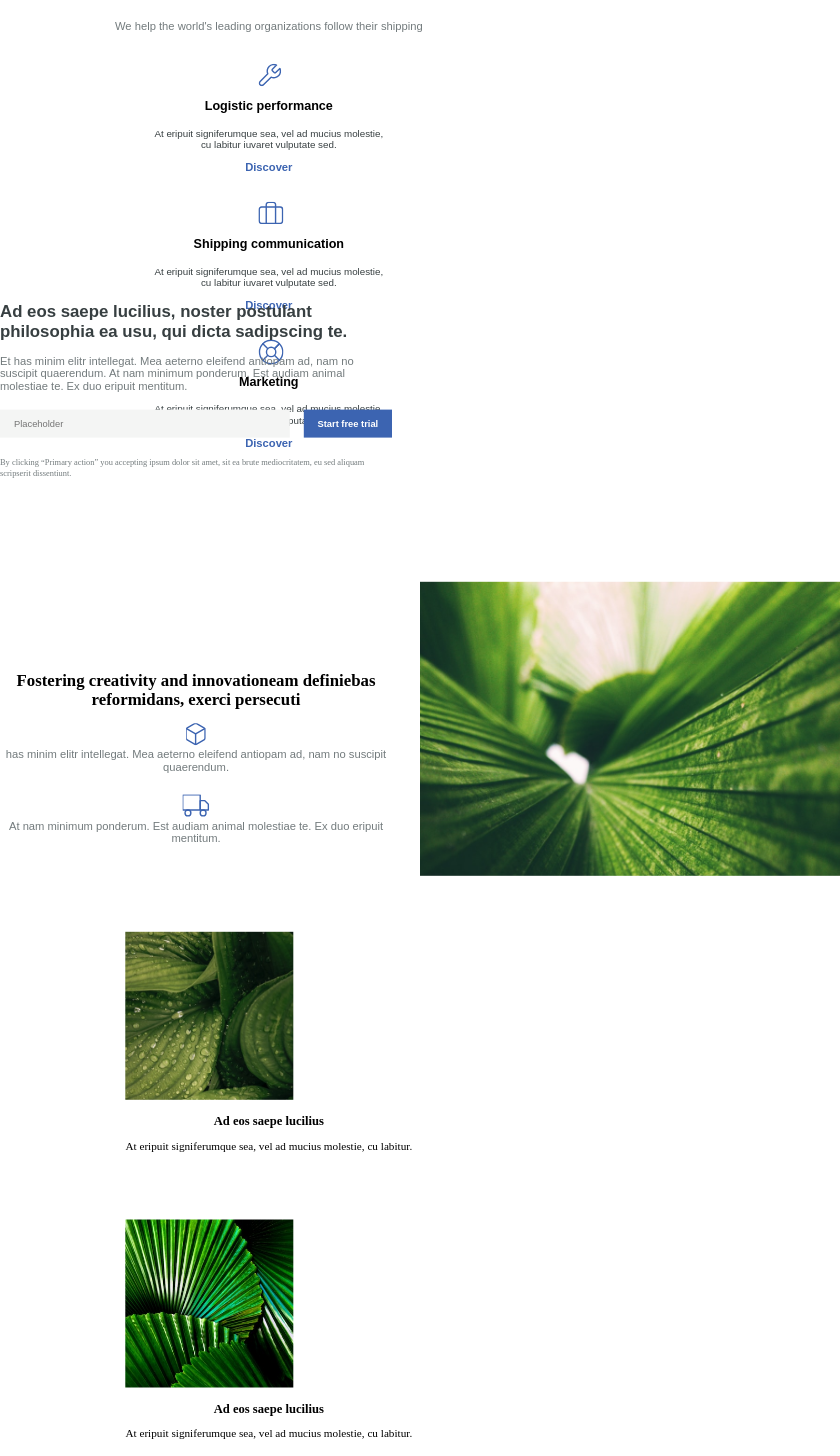
Repository: Mygit2001/LeTuSy_Test_Ecommage
Page: index.html
The author's editor kept a copy of each file at every save. The page is drawn from the files as they stood at one save, then again after a run of saves.
The browser window is 768 px wide. The page is 1200 px wide, so the pictures cover 1200 px, including what lies to the right of the window. The pictures show the part of the page from y = 853 to 2933 px (the page is 3748 px tall), at 70% of full size.
Some web fonts or font styles are not loaded; a fallback is used. Some web libraries are served in a nearby version.

Above is the page before, as saved 2023-02-15 23:55:05.

### index.html
<!DOCTYPE html>
<html lang="en">
  <head>
    <meta charset="UTF-8" />
    <meta http-equiv="X-UA-Compatible" content="IE=edge" />
    <meta name="viewport" content="width=device-width, initial-scale=1.0" />
    <link rel="stylesheet" href="./assets/css/base.css" />
    <link rel="stylesheet" href="./assets/css/index.css" />
    <link rel="stylesheet" href="./assets/js/index.js" />
    <link rel="stylesheet" href="./assets/css/responsive.css" />
    <link rel="preconnect" href="https://fonts.googleapis.com" />
    <link rel="preconnect" href="https://fonts.gstatic.com" crossorigin />
    <link href="https://fonts.google.com/specimen/Mulish" rel="stylesheet" />
    <link
      rel="stylesheet"
      href="https://cdnjs.cloudflare.com/ajax/libs/font-awesome/6.3.0/css/all.min.css"
      integrity="sha512-SzlrxWUlpfuzQ+pcUCosxcglQRNAq/DZjVsC0lE40xsADsfeQoEypE+enwcOiGjk/bSuGGKHEyjSoQ1zVisanQ=="
      crossorigin="anonymous"
      referrerpolicy="no-referrer"
    />
    <title>Ecommage test - Lê Tử Sỹ</title>
  </head>
  <body>
    <header>
      <nav class="navbar_header">
        <div class="logo navbar_header-item">
          <svg
            width="67"
            height="40"
            viewBox="0 0 67 40"
            fill="none"
            xmlns="http://www.w3.org/2000/svg"
          >
            <path
              d="M42.5147 30.5614C63.5719 30.5614 65.2682 12.6468 65.4038 4.13342C65.4051 3.90184 65.3598 3.67236 65.2708 3.45856C65.1818 3.24477 65.0508 3.051 64.8856 2.88873C64.7204 2.72646 64.5243 2.59898 64.3089 2.51384C64.0935 2.4287 63.8633 2.38762 63.6317 2.39305C33.7072 2.94264 33.7072 17.4504 33.7072 30.5614V37.6074"
              stroke="#3C64B1"
              stroke-width="3"
              stroke-linecap="round"
              stroke-linejoin="round"
            />
            <path
              d="M33.7072 30.5614C33.7072 30.5614 33.7072 19.9923 47.7992 18.2308"
              stroke="#3C64B1"
              stroke-width="3"
              stroke-linecap="round"
              stroke-linejoin="round"
            />
            <path
              d="M24.8891 30.5614C3.832 30.5614 2.13566 12.6468 2.00003 4.13342C1.99878 3.90184 2.04401 3.67236 2.13302 3.45856C2.22204 3.24477 2.35304 3.051 2.51827 2.88873C2.68349 2.72646 2.87959 2.59898 3.09496 2.51384C3.31033 2.4287 3.54058 2.38762 3.7721 2.39305C33.6967 2.94264 33.6967 17.4504 33.6967 30.5614V37.6074"
              stroke="#3C64B1"
              stroke-width="3"
              stroke-linecap="round"
              stroke-linejoin="round"
            />
            <path
              d="M33.6967 30.5614C33.6967 30.5614 33.6967 19.9923 19.6046 18.2308"
              stroke="#3C64B1"
              stroke-width="3"
              stroke-linecap="round"
              stroke-linejoin="round"
            />
          </svg>
        </div>
        <div class="navbar_header-item menu fw-600">
          <span>Features</span>
          <span>Pricing</span>
          <span>Contact</span>
        </div>
        <div class="bar-icon" ><i class="fa-solid fa-bars"></i></div >
        <div class="navbar_header-item navitem-right">
          <label class="fw-600">Log In</label>
          <button class="default-butn" style="width: 107px">Start now</button>
        </div>
      </nav>
    </header>
    <main class="container">
      <div class="main_intro">
        <div class="main_intro-content">
          <div class="main_intro-content-text">
            <span class="fw-700">Simplify your online shipping for </span>
            <span class="fw-700">free this month !</span>
            <p>
              Et has minim elitr intellegat. Mea aeterno eleifend antiopam
              ad,nam no suscipit quaerendum. At nam minimum ponderum. Est audiam
              animal molestiae te.
            </p>
          </div>
          <div class="main_intro-content-button">
            <button class="default-butn">Start free trial</button>
            <button class="default-butn2" style="">Learn more</button>
          </div>
        </div>
        <div class="main_intro-img"></div>
      </div>
      <div class="main_content">
        <div class="main_content-head">
          <div class="main_content-text">
            <h2>Grow your business with better Shipping</h2>
            <span
              >We help the world's leading organizations follow their
              shipping</span
            >
          </div>
          <div class="main_content-services">
            <div class="main_content-services-item">
              <div class="content_services-item-top">
                <div class="s-30">
                  <svg
                    width="33"
                    height="32"
                    viewBox="0 0 33 32"
                    fill="none"
                    xmlns="http://www.w3.org/2000/svg"
                  >
                    <path
                      d="M20.1376 7.79345C19.8484 8.08852 19.6864 8.48524 19.6864 8.89843C19.6864 9.31161 19.8484 9.70833 20.1376 10.0034L22.6633 12.5291C22.9584 12.8183 23.3551 12.9803 23.7683 12.9803C24.1814 12.9803 24.5782 12.8183 24.8732 12.5291L30.8243 6.57798C31.6181 8.33203 31.8584 10.2863 31.5133 12.1804C31.1682 14.0745 30.254 15.8185 28.8926 17.1799C27.5312 18.5412 25.7873 19.4554 23.8932 19.8005C21.9991 20.1456 20.0448 19.9053 18.2907 19.1115L7.38307 30.0192C6.75509 30.6472 5.90336 31 5.01527 31C4.12717 31 3.27544 30.6472 2.64746 30.0192C2.01948 29.3912 1.66669 28.5395 1.66669 27.6514C1.66669 26.7633 2.01948 25.9116 2.64746 25.2836L13.5551 14.3759C12.7614 12.6219 12.5211 10.6676 12.8662 8.77349C13.2113 6.87939 14.1254 5.13544 15.4868 3.77406C16.8482 2.41268 18.5922 1.49852 20.4863 1.15341C22.3804 0.808299 24.3347 1.04863 26.0887 1.84237L20.1534 7.77767L20.1376 7.79345Z"
                      stroke="#3C64B1"
                      stroke-width="2"
                      stroke-linecap="round"
                      stroke-linejoin="round"
                    />
                  </svg>
                </div>
                <div class="services-item-top-title fw-700">
                  Logistic performance
                </div>
                <span class="services-item-top-des"
                  >At eripuit signiferumque sea, vel ad mucius molestie, cu
                  labitur iuvaret vulputate sed.</span
                >
              </div>
              <div class="content_services-item-bot">
                <label class="services-item-bot-text fw-700">Discover</label>
              </div>
            </div>
            <div class="main_content-services-item">
              <div class="content_services-item-top">
                <div class="s-30">
                  <svg
                    width="36"
                    height="32"
                    viewBox="0 0 36 32"
                    fill="none"
                    xmlns="http://www.w3.org/2000/svg"
                  >
                    <path
                      d="M31.3334 7.66669H4.66671C2.82576 7.66669 1.33337 9.15907 1.33337 11V27.6667C1.33337 29.5076 2.82576 31 4.66671 31H31.3334C33.1743 31 34.6667 29.5076 34.6667 27.6667V11C34.6667 9.15907 33.1743 7.66669 31.3334 7.66669Z"
                      stroke="#3C64B1"
                      stroke-width="2"
                      stroke-linecap="round"
                      stroke-linejoin="round"
                    />
                    <path
                      d="M24.6667 31V4.33333C24.6667 3.44928 24.3155 2.60143 23.6904 1.97631C23.0653 1.35119 22.2174 1 21.3334 1H14.6667C13.7827 1 12.9348 1.35119 12.3097 1.97631C11.6846 2.60143 11.3334 3.44928 11.3334 4.33333V31"
                      stroke="#3C64B1"
                      stroke-width="2"
                      stroke-linecap="round"
                      stroke-linejoin="round"
                    />
                  </svg>
                </div>
                <div class="services-item-top-title fw-700">
                  Shipping communication
                </div>
                <span class="services-item-top-des"
                  >At eripuit signiferumque sea, vel ad mucius molestie, cu
                  labitur iuvaret vulputate sed.</span
                >
              </div>
              <div class="content_services-item-bot">
                <span class="services-item-bot-text fw-700">Discover</span>
              </div>
            </div>
            <div class="main_content-services-item">
              <div class="content_services-item-top">
                <div class="s-30">
                  <svg
                    width="36"
                    height="36"
                    viewBox="0 0 36 36"
                    fill="none"
                    xmlns="http://www.w3.org/2000/svg"
                  >
                    <path
                      d="M18.3334 34.3333C27.5382 34.3333 35.0001 26.8714 35.0001 17.6667C35.0001 8.46192 27.5382 1 18.3334 1C9.12867 1 1.66675 8.46192 1.66675 17.6667C1.66675 26.8714 9.12867 34.3333 18.3334 34.3333Z"
                      stroke="#3C64B1"
                      stroke-width="2"
                      stroke-linecap="round"
                      stroke-linejoin="round"
                    />
                    <path
                      d="M18.3334 24.3333C22.0153 24.3333 25.0001 21.3486 25.0001 17.6667C25.0001 13.9848 22.0153 11 18.3334 11C14.6515 11 11.6667 13.9848 11.6667 17.6667C11.6667 21.3486 14.6515 24.3333 18.3334 24.3333Z"
                      stroke="#3C64B1"
                      stroke-width="2"
                      stroke-linecap="round"
                      stroke-linejoin="round"
                    />
                    <path
                      d="M6.55005 5.8833L13.6167 12.95"
                      stroke="#3C64B1"
                      stroke-width="2"
                      stroke-linecap="round"
                      stroke-linejoin="round"
                    />
                    <path
                      d="M23.0502 22.3834L30.1168 29.4501"
                      stroke="#3C64B1"
                      stroke-width="2"
                      stroke-linecap="round"
                      stroke-linejoin="round"
                    />
                    <path
                      d="M23.0502 12.95L30.1168 5.8833"
                      stroke="#3C64B1"
                      stroke-width="2"
                      stroke-linecap="round"
                      stroke-linejoin="round"
                    />
                    <path
                      d="M23.0502 12.9499L28.9335 7.06659"
                      stroke="#3C64B1"
                      stroke-width="2"
                      stroke-linecap="round"
                      stroke-linejoin="round"
                    />
                    <path
                      d="M6.55005 29.4501L13.6167 22.3834"
                      stroke="#3C64B1"
                      stroke-width="2"
                      stroke-linecap="round"
                      stroke-linejoin="round"
                    />
                  </svg>
                </div>

                <div class="services-item-top-title fw-700">Marketing</div>
                <span class="services-item-top-des"
                  >At eripuit signiferumque sea, vel ad mucius molestie, cu
                  labitur iuvaret vulputate sed.</span
                >
              </div>
              <div class="content_services-item-bot">
                <span class="services-item-bot-text fw-700">Discover</span>
              </div>
            </div>
          </div>
        </div>
        <div class="main_content-block1 main_content-block">
          <div class="content_block1-img cus-bgImg"></div>
          <div class="content_block1-des">
            <div class="content_block1-text">
              <h2>
                Ad eos saepe lucilius, noster postulant philosophia ea usu, qui
                dicta sadipscing te.
              </h2>
              <p>
                Et has minim elitr intellegat. Mea aeterno eleifend antiopam ad,
                nam no suscipit quaerendum. At nam minimum ponderum. Est audiam
                animal molestiae te. Ex duo eripuit mentitum.
              </p>
            </div>
            <div class="content_block1-func">
              <div class="content_block1-func-bi">
                <input
                  type="text"
                  placeholder="Placeholder"
                  class="input-ctb1"
                />
                <button class="default-butn">Start free trial</button>
              </div>
              <div>
                <p class="block1-lt">
                  By clicking “Primary action” you accepting ipsum dolor sit
                  amet, sit ea brute mediocritatem, eu sed aliquam scripserit
                  dissentiunt.
                </p>
              </div>
            </div>
          </div>
        </div>
        <div class="main_content-block2 main_content-block">
          <div class="content_block2-des">
            <div class="content_block2-text">
              <h2>
                Fostering creativity and innovationeam definiebas reformidans,
                exerci persecuti
              </h2>
            </div>
            <div class="content_block2-wrap-item">
              <div class="content_block2-item">
                <div>
                  <svg
                    width="28"
                    height="32"
                    viewBox="0 0 28 32"
                    fill="none"
                    xmlns="http://www.w3.org/2000/svg"
                  >
                    <path
                      d="M26.8951 21.2487V9.29534C26.8945 8.77129 26.7562 8.2566 26.494 7.8029C26.2317 7.3492 25.8548 6.97244 25.4009 6.71042L14.9417 0.733736C14.4874 0.471454 13.9721 0.333374 13.4475 0.333374C12.923 0.333374 12.4077 0.471454 11.9534 0.733736L1.49417 6.71042C1.04034 6.97244 0.663382 7.3492 0.401127 7.8029C0.138872 8.2566 0.000537516 8.77129 0 9.29534V21.2487C0.000537516 21.7728 0.138872 22.2874 0.401127 22.7411C0.663382 23.1948 1.04034 23.5716 1.49417 23.8336L11.9534 29.8103C12.4077 30.0726 12.923 30.2107 13.4475 30.2107C13.9721 30.2107 14.4874 30.0726 14.9417 29.8103L25.4009 23.8336C25.8548 23.5716 26.2317 23.1948 26.494 22.7411C26.7562 22.2874 26.8945 21.7728 26.8951 21.2487Z"
                      stroke="#3C64B1"
                      stroke-width="2"
                      stroke-linecap="round"
                      stroke-linejoin="round"
                    />
                    <path
                      d="M0.403427 7.74158L13.4475 15.2871L26.4917 7.74158"
                      stroke="#3C64B1"
                      stroke-width="2"
                      stroke-linecap="round"
                      stroke-linejoin="round"
                    />
                    <path
                      d="M13.4475 30.3333V15.2721"
                      stroke="#3C64B1"
                      stroke-width="2"
                      stroke-linecap="round"
                      stroke-linejoin="round"
                    />
                  </svg>
                </div>
                <div class="content_block2-item-text">
                  has minim elitr intellegat. Mea aeterno eleifend antiopam ad,
                  nam no suscipit quaerendum.
                </div>
              </div>
              <div class="content_block2-item">
                <div>
                  <svg
                    width="38"
                    height="32"
                    viewBox="0 0 38 32"
                    fill="none"
                    xmlns="http://www.w3.org/2000/svg"
                  >
                    <path
                      d="M25 0.333374H0V22H25V0.333374Z"
                      stroke="#3C64B1"
                      stroke-width="2"
                      stroke-linecap="round"
                      stroke-linejoin="round"
                    />
                    <path
                      d="M25 8.66663H31.6666L36.6666 13.6666V21.9999H25V8.66663Z"
                      stroke="#3C64B1"
                      stroke-width="2"
                      stroke-linecap="round"
                      stroke-linejoin="round"
                    />
                    <path
                      d="M7.49997 30.3333C9.80116 30.3333 11.6666 28.4678 11.6666 26.1667C11.6666 23.8655 9.80116 22 7.49997 22C5.19879 22 3.33331 23.8655 3.33331 26.1667C3.33331 28.4678 5.19879 30.3333 7.49997 30.3333Z"
                      stroke="#3C64B1"
                      stroke-width="2"
                      stroke-linecap="round"
                      stroke-linejoin="round"
                    />
                    <path
                      d="M29.1666 30.3333C31.4678 30.3333 33.3333 28.4678 33.3333 26.1667C33.3333 23.8655 31.4678 22 29.1666 22C26.8654 22 25 23.8655 25 26.1667C25 28.4678 26.8654 30.3333 29.1666 30.3333Z"
                      stroke="#3C64B1"
                      stroke-width="2"
                      stroke-linecap="round"
                      stroke-linejoin="round"
                    />
                  </svg>
                </div>
                <div class="content_block2-item-text">
                  At nam minimum ponderum. Est audiam animal molestiae te. Ex
                  duo eripuit mentitum.
                </div>
              </div>
            </div>
          </div>
          <div class="content_block2-img cus-bgImg"></div>
        </div>
        <div class="main_content-foot">
          <div class="main_content-foot-item">
            <div class="content-foot-item-img1 wh-img-foot cus-bgImg"></div>
            <div class="content-foot-item-text">
              <span class="fw-700 fs-18">Ad eos saepe lucilius</span>
              <p>
                At eripuit signiferumque sea, vel ad mucius molestie, cu
                labitur.
              </p>
            </div>
          </div>
          <div class="main_content-foot-item">
            <div class="content-foot-item-img2 wh-img-foot cus-bgImg"></div>
            <div class="content-foot-item-text">
              <span class="fw-700 fs-18">Ad eos saepe lucilius</span>
              <p>
                At eripuit signiferumque sea, vel ad mucius molestie, cu
                labitur.
              </p>
            </div>
          </div>
          <div class="main_content-foot-item">
            <div class="content-foot-item-img3 wh-img-foot cus-bgImg"></div>
            <div class="content-foot-item-text">
              <span class="fw-700 fs-18">Ad eos saepe lucilius</span>
              <p>
                At eripuit signiferumque sea, vel ad mucius molestie, cu
                labitur.
              </p>
            </div>
          </div>
          <div class="main_content-foot-item">
            <div class="content-foot-item-img4 wh-img-foot cus-bgImg"></div>
            <div class="content-foot-item-text">
              <span class="fw-700 fs-18">Ad eos saepe lucilius</span>
              <p>
                At eripuit signiferumque sea, vel ad mucius molestie, cu
                labitur.
              </p>
            </div>
          </div>
        </div>
      </div>
    </main>
  </body>
</html>

### assets/css/base.css
body {
  padding: 0;
  margin: 0;
  box-sizing: border-box;
}
header {
}
.default-butn {
  text-align: center;
  padding: 10px 10px;
  width: 135px;
  height: 40px;
  color: #fff;
  font-family: "Mulish", sans-serif;
  outline: none;
  border: none;
  font-weight: 700;
  background-color: #3c64b1;
}
.default-butn2 {
  text-align: center;
  padding: 10px 20px;
  width: 116px;
  height: 40px;
  border: 1px solid #3c64b1;
  color: #3C64B1;
  font-weight: 600;
  font-family: "Mulish", sans-serif;
}
.s-30 {
    width: 30px;
    height: 30px;
}
.cus-bgImg {
  flex: none;
  flex-grow: 0;
  background-size: cover;
  background-repeat: no-repeat;
}
.fw-600 {
  font-weight: 600;
}
.fw-700 {
  font-weight: 700;
}
.fs-18 {
  font-size: 18px;
}

### assets/css/responsive.css
/* PC */
@media(min-width:64em){
    .bar-icon {
        display: none;
    }

}


/* mobile */
@media(max-width:46.1875em) {
    .row {
        display: block;
    }
    .col-sm-12 {
        width: 100%;
    }
    .col-sm-6 {
        width: 50%;
    }

}

/* Tablet */
@media(min-width:46.25em) and (max-width:63.9375em){


}

 /* mobile and tablet */
@media(max-width:63.9375em) {
    .menu,.navitem-right {
        display:none;
    }
    .navbar_header {
        position: relative;
    }
    .bar-icon {
        position: absolute;
        display: block ;
        font-size: 30px;
        right: 20px;
    }
    .logo {
        margin-left: 16px;
    }
    .navbar_header {
        width: 100%;
    }
    .container, .main_intro {
        width: 100%;
    }
    .main_intro-content-text  {
        width: 50%;
        height: auto;
        padding: 0 8px;
    }
    .main_intro-content-text span{
        font-size: 20px;
    }
    .main_intro-content-text p{
        font-size: 14px;
    }
    .main_content, .main_content-head {
        width: 100%;
    }
    .main_content-text {
        width: 100%;
    }
    .main_content-text h2{
        font-size: 20px;
    }
    .main_content-text span{
        font-size: 16px !important;
        text-align: center;
    }
    .content_block1-img {
        display: none !important;
    }
    .main_content-services {
        display: flex;
        flex-direction: column;
        width: 100%;
        align-items: center;
    }
    .main_content-services-item {
        text-align: center;
    }
    .main_content-block {
    }
    .content_block2-wrap-item  {
        flex-direction: column;
        align-items: center;
    }
    .content_block2-item {
        text-align: center;

    }
    .main_content-block {
    }
    .content_block2-des {
        text-align: center;
    }
    .main_content-foot {
        display: flex;
        flex-direction: column;
        width: 100%;
    }
}

Loaded but not shown: assets/css/index.css (308 lines, source omitted); assets/js/index.js (no stored copy; drawn as an empty file)

After the next 6 saves:
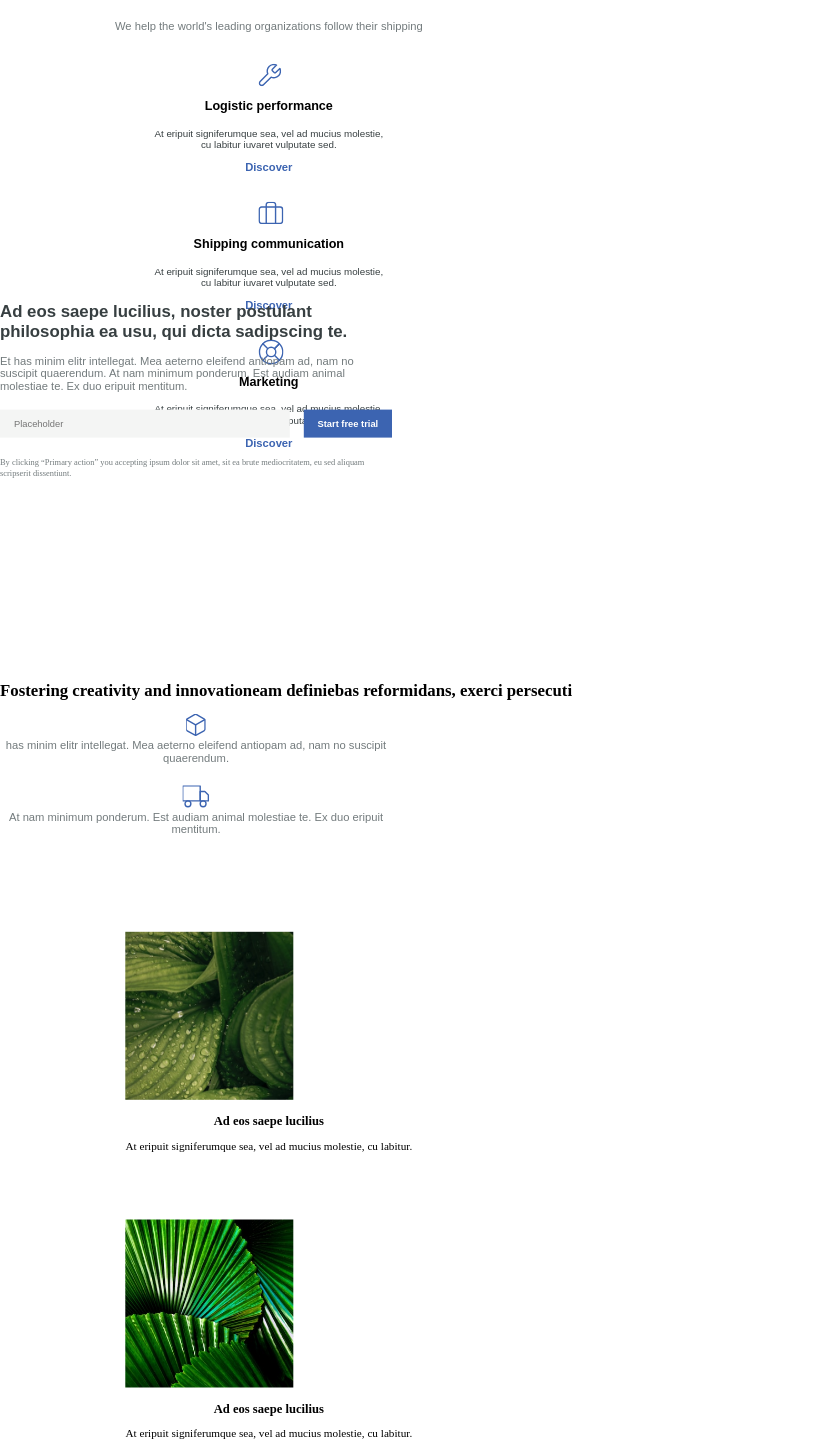
The 6 saves are shown as one change because they came seconds apart.
The last was saved 36 s later.
--- a/assets/css/responsive.css
+++ b/assets/css/responsive.css
@@ -74,7 +74,8 @@
         font-size: 16px !important;
         text-align: center;
     }
-    .content_block1-img {
+    .content_block1-img ,
+    .content_block2-img{
         display: none !important;
     }
     .main_content-services {
